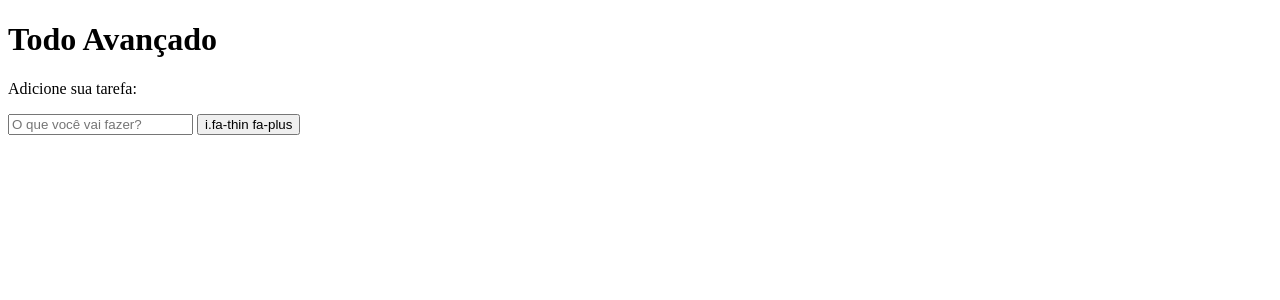
Repository: Guillermomarcon/ProjetoToDo
Page: index.html
The author's editor kept a copy of each file at every save. The page is drawn from the files as they stood at one save, then again after a run of saves.
The browser window is 1280 px wide. The pictures show the whole page.
Some web libraries are served in a nearby version.

Above is the page before, as saved 2022-08-27 16:39:47.

After the next 5 saves:
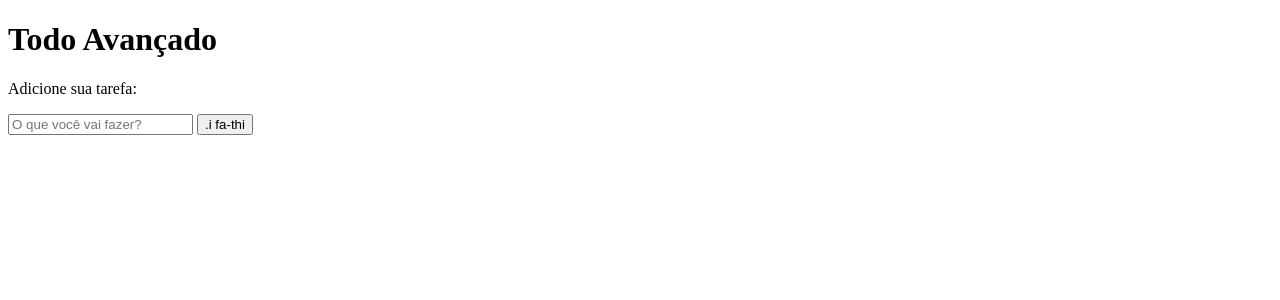
The 5 saves are shown as one change because they came seconds apart.
The last was saved 22 s later.
--- a/index.html
+++ b/index.html
@@ -24,7 +24,7 @@
             <div class="form-control">
                 <input type="text" name="input-text" id="todo-input" placeholder="O que você vai fazer?">
                 <button type="submit">
-                    i.fa-thin fa-plus
+                    .i fa-thi
                 </button>
 
             </div>
